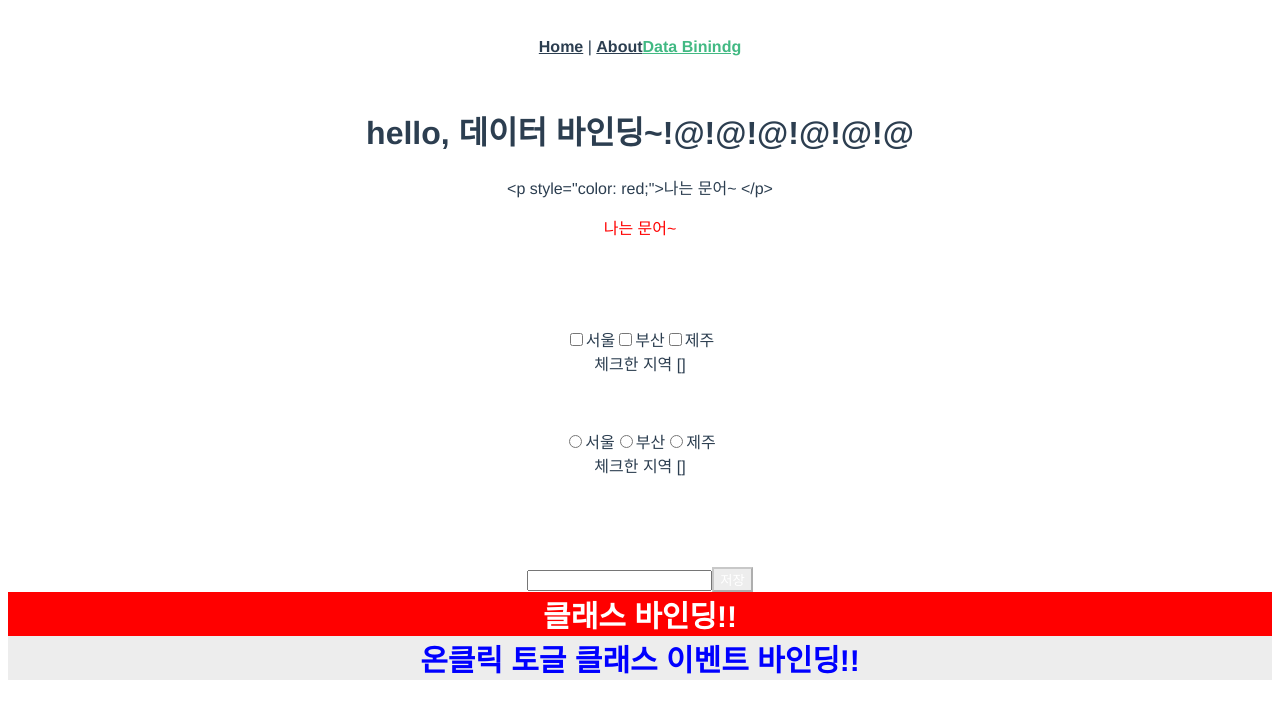
Repository: jang0ha/vue
Page: /databinding
These files come from the project's save history. The page is drawn as it stood at one moment and after the next save; the edit follows.
The browser window is 1280 px wide. The pictures show the whole page.
The project was rebuilt for these pictures with package versions that can differ from the ones it lists, and the page was loaded fresh each time. Also part of the build but not shown: vue.config.js, src/components/HelloWorld.vue, src/views/HomeView.vue, src/views/AboutView.vue.

Above is the page before, as saved 2022-04-06 12:41:25.

### src/App.vue
<template>
  <nav>
    <router-link to="/">Home</router-link> |
    <router-link to="/about">About</router-link>
    <router-link to="/databinding">Data Binindg</router-link>
  </nav>
  <router-view/>
</template>

<style>
#app {
  font-family: Avenir, Helvetica, Arial, sans-serif;
  -webkit-font-smoothing: antialiased;
  -moz-osx-font-smoothing: grayscale;
  text-align: center;
  color: #2c3e50;
}

nav {
  padding: 30px;
}

nav a {
  font-weight: bold;
  color: #2c3e50;
}

nav a.router-link-exact-active {
  color: #42b983;
}
</style>

### src/router/index.js
import { createRouter, createWebHistory } from 'vue-router'
import HomeView from '../views/HomeView.vue'
import AboutView from '../views/AboutView.vue'
import DataBinding from '../views/DataBinding.vue'

const routes = [
  {
    path: '/', //브라우저에서 접속하는 url 주소를 정의
    name: 'home',
    component: HomeView // 지정된path로 들어왔을 때 보여줄 vue 컴포넌트 , 앞으로 구현할 vue 파일을 연결하고, 해당파일을 실행
  },
  {
    path: '/about',
    name: 'about',
    // route level code-splitting  >> 라우트 레벨에서 코드를 분할하는 방법
    // this generates a separate chunk (about.[hash].js) for this route  >> 이 라우트에 대한 chunk파일이 분리되어 생성
    // which is lazy-loaded when the route is visited.  >> 이 라우트에 방문했을떄 지연로드 됩니다.
    // component: () => import(
      /* webpackChunkName: "about" */
    //   '../views/AboutView.vue'
    // )
    component: AboutView
  },
  {
    path: '/databinding',
    name: 'DataBinding',
    // route level code-splitting  >> 라우트 레벨에서 코드를 분할하는 방법
    // this generates a separate chunk (about.[hash].js) for this route  >> 이 라우트에 대한 chunk파일이 분리되어 생성
    // which is lazy-loaded when the route is visited.  >> 이 라우트에 방문했을떄 지연로드 됩니다.
    component:DataBinding
  }
]

const router = createRouter({
  history: createWebHistory(process.env.BASE_URL),
  routes
})

export default router

### src/views/DataBinding.vue
<template>
    <h1>hello, {{title}}</h1>

    <div>
        <div>{{htmlString}}</div>
        <div v-html="htmlString"></div>

        <br><br><br><br>

        <label for="1"><input type="checkbox" name="" id="1" v-model="checked" value="서울">서울</label>
        <label for="2"><input type="checkbox" name="" id="2" v-model="checked" value="부산">부산</label>
        <label for="3"><input type="checkbox" name="" id="3" v-model="checked" value="제주">제주</label>
        <br>
        <span>체크한 지역 {{checked}}</span>
        <br><br><br><br>
        <label for="4"><input type="radio" name="" id="4" v-model="picked" value="서울">서울</label>
        <label for="5"><input type="radio" name="" id="5" v-model="picked" value="부산">부산</label>
        <label for="6"><input type="radio" name="" id="6" v-model="picked" value="제주">제주</label>
        <br>
        <span>체크한 지역 {{picked}}</span>
        <br><br><br><br><br><br>
        <input type="text" name="" id="" v-model="textValue">
        <button type="button" style="" v-bind:disabled="textValue==''">저장</button>


        <div class="container" v-bind:class="{'active' : isActive, 'fail': hasError}">클래스 바인딩!!</div>
        <div class="container" v-bind:class="{ active: isActive }"  v-on:click="isActive = !isActive">
            온클릭 토글 클래스 이벤트 바인딩!!
        </div>
    </div>
</template>
<script>
export default {
    data(){ //html과 자바스크립트 코드에서 사용할 데이터 변수 선언
        return {
            title : "데이터 바인딩~!@!@!@!@!@!@ ",
            htmlString:'<p style="color: red;">나는 문어~ </p>',
            checked: [],
            picked:[],
            textValue :"",
            isActive:"true",
            hasError:"false"

        };
    },

}
</script>

<style>
    button{background:#111; color:#fff; outline:0;}
    button:disabled{background:#ededed;}
    .active{
        background:#ededed; color:blue; font-size:30px; font-weight: bold;
    }
    .fail {
        background:red; color:white; font-size:30px;font-weight: bold;
    }
</style>

Loaded but not shown: public/index.html (common file); src/main.js (common file)

After the next save:
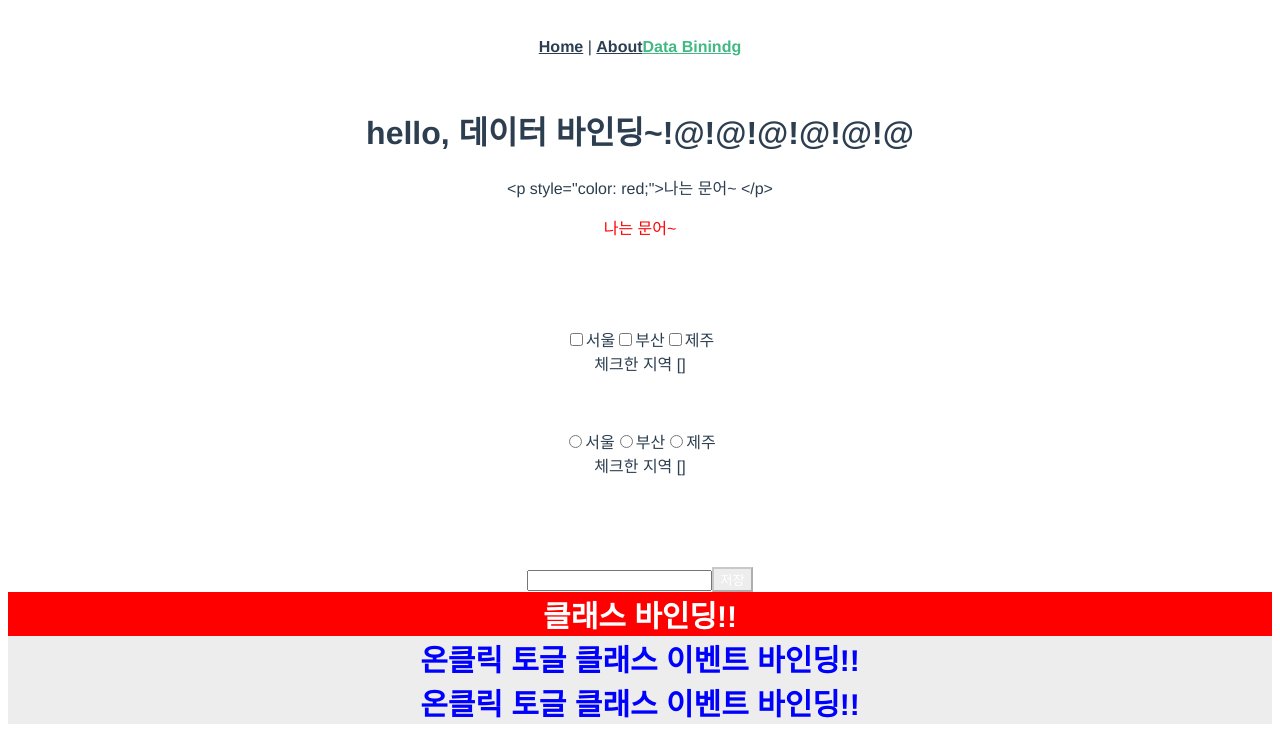
Saved 96 s later.
--- a/src/views/DataBinding.vue
+++ b/src/views/DataBinding.vue
@@ -24,9 +24,8 @@
 
 
         <div class="container" v-bind:class="{'active' : isActive, 'fail': hasError}">클래스 바인딩!!</div>
-        <div class="container" v-bind:class="{ active: isActive }"  v-on:click="isActive = !isActive">
-            온클릭 토글 클래스 이벤트 바인딩!!
-        </div>
+        <div class="container" v-bind:class="{ active: isActive }"  v-on:click="isActive = !isActive">온클릭 토글 클래스 이벤트 바인딩!!</div>
+        <div class="container" v-bind:class="{ active: isActive }"  v-on:click="isActive = !isActive">온클릭 토글 클래스 이벤트 바인딩!!</div>
     </div>
 </template>
 <script>
